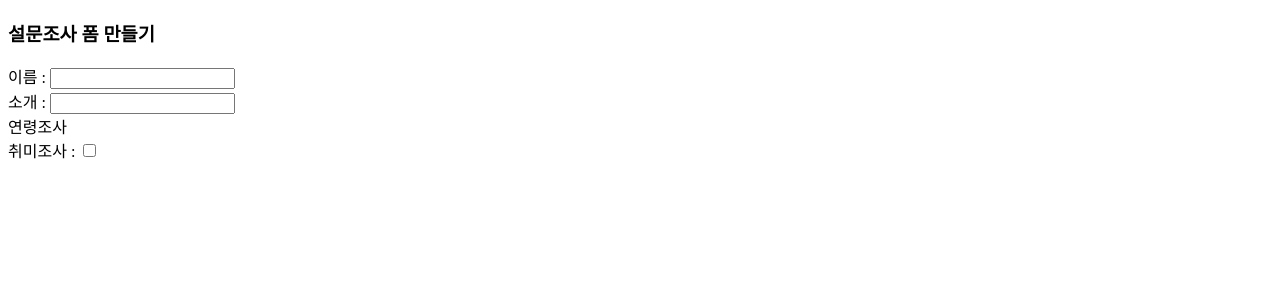
Repository: KimJaeHwan98/tomcat01
Page: http://localhost/3_req_res/quiz/ex01_form.jsp
An editor plug-in stored every save of this project. The page is shown before and after the next save, followed by the edit.
The browser window is 1280 px wide. The pictures show the whole page.
The page is served by Tomcat 9.

Above is the page before, as saved 2024-04-29 06:04:47.

### 3_req_res/src/main/webapp/quiz/ex01_form.jsp
<%@ page language="java" contentType="text/html; charset=UTF-8"
    pageEncoding="UTF-8"%>
<!DOCTYPE html>
<html>
<head>
<meta charset="UTF-8">
<title>Insert title here</title>
</head>
<body>
<h3>설문조사 폼 만들기</h3>
<%String path = request.getContextPath();%>
<form action="<%= path %> / ex01_result.jsp" method="post">

이름 : <input type="text" name ="a1" ><br>

소개 : <input type = "text" name ="a2"><br>

<fildset >
연령조사

		</fildset> <br>

취미조사 : <input type = "checkbox" name = "a4">





</form>
</body>
</html>

After the next save:
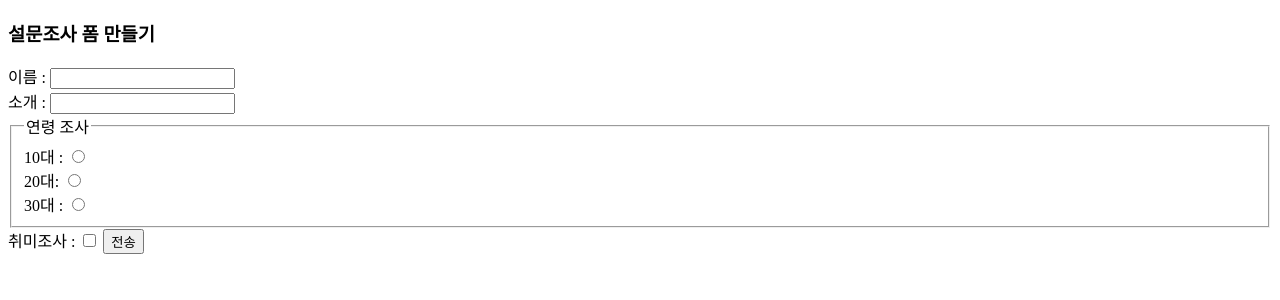
Saved 116 s later.
--- a/3_req_res/src/main/webapp/quiz/ex01_form.jsp
+++ b/3_req_res/src/main/webapp/quiz/ex01_form.jsp
@@ -15,12 +15,16 @@
 
 소개 : <input type = "text" name ="a2"><br>
 
-<fildset >
-연령조사
+ <fieldset>
+        <legend>연령 조사</legend>
+        10대 : <input type="radio" name="st_name"><br>
+        20대: <input type="radio" name="st_id"><br>
+        30대 : <input type="radio" name="department"><br>
 
-		</fildset> <br>
+    </fieldset>
+취미조사 : <input type = "checkbox" name = "a4">
 
-취미조사 : <input type = "checkbox" name = "a4">
+ <button type="submit">전송</button>
 
 
 
